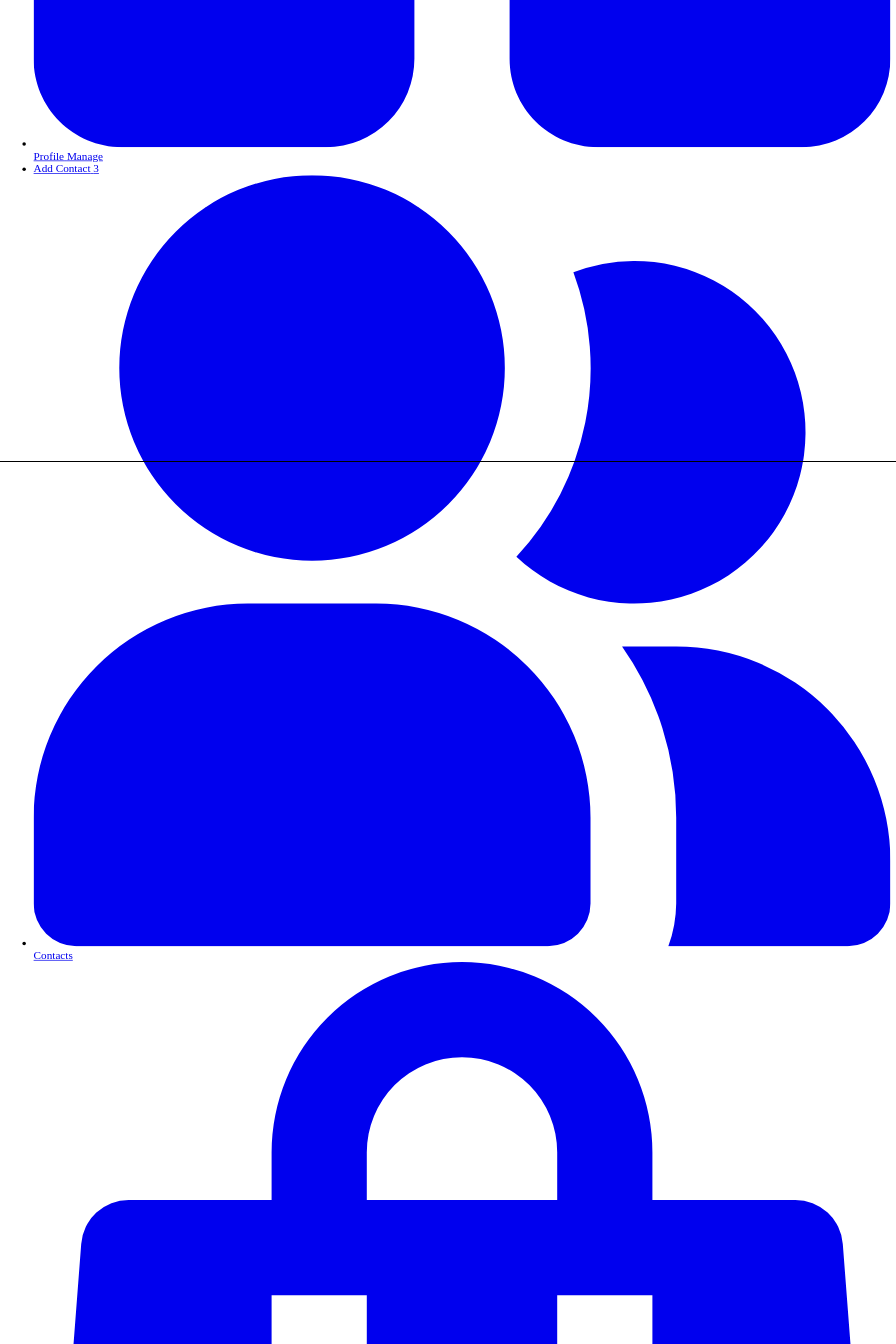
Repository: prateekscode/Smart-Contact-Manager
Page: http://localhost/user/sidebar
The author's editor kept a copy of each file at every save. The page is drawn from the files as they stood at one save, then again after the next save.
The browser window is 1280 px wide. The pictures show the part of the page from y = 2246 to 4166 px (the page is 7374 px tall before and 6268 px after), at 70% of full size.
The page is this project's Thymeleaf template; nobody is signed in. The template is opened directly, without the code that normally fills it, so the values that code supplies are empty.

Above is the page before, as saved 2024-05-23 16:57:57.

### Smart Contact Manager/src/main/resources/templates/user/sidebar.html
<aside data-th-fragment="sidebar" id="logo-sidebar" class="fixed top-0 left-0 z-40 w-64 h-screen transition-transform -translate-x-full sm:translate-x-0" aria-label="Sidebar">
   <div class="h-full pt-16 px-3 py-4 overflow-y-auto bg-gray-50 dark:bg-gray-800">
      <a class="flex items-center ps-2.5 mb-5">
         <span class="self-center text-xl font-semibold whitespace-nowrap dark:text-white">Welcome to SCM</span>
      </a>
      <ul class="space-y-2 font-medium">
         <li>
            <a data-th-href="@{/user/dashboard}" class="flex items-center p-2 text-gray-900 rounded-lg dark:text-white hover:bg-gray-100 dark:hover:bg-gray-700 group">
               <svg class="w-5 h-5 text-gray-500 transition duration-75 dark:text-gray-400 group-hover:text-gray-900 dark:group-hover:text-white" aria-hidden="true" xmlns="http://www.w3.org/2000/svg" fill="currentColor" viewBox="0 0 22 21">
                  <path d="M16.975 11H10V4.025a1 1 0 0 0-1.066-.998 8.5 8.5 0 1 0 9.039 9.039.999.999 0 0 0-1-1.066h.002Z"/>
                  <path d="M12.5 0c-.157 0-.311.01-.565.027A1 1 0 0 0 11 1.02V10h8.975a1 1 0 0 0 1-.935c.013-.188.028-.374.028-.565A8.51 8.51 0 0 0 12.5 0Z"/>
               </svg>
               <span class="ms-3">Dashboard</span>
            </a>
         </li>
         <li>
            <a data-th-href="@{/user/profile}" class="flex items-center p-2 text-gray-900 rounded-lg dark:text-white hover:bg-gray-100 dark:hover:bg-gray-700 group">
               <svg class="flex-shrink-0 w-5 h-5 text-gray-500 transition duration-75 dark:text-gray-400 group-hover:text-gray-900 dark:group-hover:text-white" aria-hidden="true" xmlns="http://www.w3.org/2000/svg" fill="currentColor" viewBox="0 0 18 18">
                  <path d="M6.143 0H1.857A1.857 1.857 0 0 0 0 1.857v4.286C0 7.169.831 8 1.857 8h4.286A1.857 1.857 0 0 0 8 6.143V1.857A1.857 1.857 0 0 0 6.143 0Zm10 0h-4.286A1.857 1.857 0 0 0 10 1.857v4.286C10 7.169 10.831 8 11.857 8h4.286A1.857 1.857 0 0 0 18 6.143V1.857A1.857 1.857 0 0 0 16.143 0Zm-10 10H1.857A1.857 1.857 0 0 0 0 11.857v4.286C0 17.169.831 18 1.857 18h4.286A1.857 1.857 0 0 0 8 16.143v-4.286A1.857 1.857 0 0 0 6.143 10Zm10 0h-4.286A1.857 1.857 0 0 0 10 11.857v4.286c0 1.026.831 1.857 1.857 1.857h4.286A1.857 1.857 0 0 0 18 16.143v-4.286A1.857 1.857 0 0 0 16.143 10Z"/>
               </svg>
               <span class="flex-1 ms-3 whitespace-nowrap">Profile</span>
               <span class="inline-flex items-center justify-center px-2 ms-3 text-sm font-medium text-gray-800 bg-green-100 rounded-full dark:bg-gray-700 dark:text-gray-300">Manage</span>
            </a>
         </li>
         <li>
            <a data-th-href="@{/user/contacts/add}" class="flex items-center p-2 text-gray-900 rounded-lg dark:text-white hover:bg-gray-100 dark:hover:bg-gray-700 group">
               <i class="fa-solid fa-plus h-5 w-5"></i>
               <span class="flex-1 ms-3 whitespace-nowrap">Add Contact</span>
               <span class="inline-flex items-center justify-center w-3 h-3 p-3 ms-3 text-sm font-medium text-blue-800 bg-blue-100 rounded-full dark:bg-blue-900 dark:text-blue-300">3</span>
            </a>
         </li>
         <li>
            <a href="#" class="flex items-center p-2 text-gray-900 rounded-lg dark:text-white hover:bg-gray-100 dark:hover:bg-gray-700 group">
               <svg class="flex-shrink-0 w-5 h-5 text-gray-500 transition duration-75 dark:text-gray-400 group-hover:text-gray-900 dark:group-hover:text-white" aria-hidden="true" xmlns="http://www.w3.org/2000/svg" fill="currentColor" viewBox="0 0 20 18">
                  <path d="M14 2a3.963 3.963 0 0 0-1.4.267 6.439 6.439 0 0 1-1.331 6.638A4 4 0 1 0 14 2Zm1 9h-1.264A6.957 6.957 0 0 1 15 15v2a2.97 2.97 0 0 1-.184 1H19a1 1 0 0 0 1-1v-1a5.006 5.006 0 0 0-5-5ZM6.5 9a4.5 4.5 0 1 0 0-9 4.5 4.5 0 0 0 0 9ZM8 10H5a5.006 5.006 0 0 0-5 5v2a1 1 0 0 0 1 1h11a1 1 0 0 0 1-1v-2a5.006 5.006 0 0 0-5-5Z"/>
               </svg>
               <span class="flex-1 ms-3 whitespace-nowrap">Contacts</span>
            </a>
         </li>
         <li>
            <a href="#" class="flex items-center p-2 text-gray-900 rounded-lg dark:text-white hover:bg-gray-100 dark:hover:bg-gray-700 group">
               <svg class="flex-shrink-0 w-5 h-5 text-gray-500 transition duration-75 dark:text-gray-400 group-hover:text-gray-900 dark:group-hover:text-white" aria-hidden="true" xmlns="http://www.w3.org/2000/svg" fill="currentColor" viewBox="0 0 18 20">
                  <path d="M17 5.923A1 1 0 0 0 16 5h-3V4a4 4 0 1 0-8 0v1H2a1 1 0 0 0-1 .923L.086 17.846A2 2 0 0 0 2.08 20h13.84a2 2 0 0 0 1.994-2.153L17 5.923ZM7 9a1 1 0 0 1-2 0V7h2v2Zm0-5a2 2 0 1 1 4 0v1H7V4Zm6 5a1 1 0 1 1-2 0V7h2v2Z"/>
               </svg>
               <span class="flex-1 ms-3 whitespace-nowrap">Products</span>
            </a>
         </li>
         <li>
            <a href="#" class="flex items-center p-2 text-gray-900 rounded-lg dark:text-white hover:bg-gray-100 dark:hover:bg-gray-700 group">
               <svg class="flex-shrink-0 w-5 h-5 text-gray-500 transition duration-75 dark:text-gray-400 group-hover:text-gray-900 dark:group-hover:text-white" aria-hidden="true" xmlns="http://www.w3.org/2000/svg" fill="none" viewBox="0 0 18 16">
                  <path stroke="currentColor" stroke-linecap="round" stroke-linejoin="round" stroke-width="2" d="M1 8h11m0 0L8 4m4 4-4 4m4-11h3a2 2 0 0 1 2 2v10a2 2 0 0 1-2 2h-3"/>
               </svg>
               <span class="flex-1 ms-3 whitespace-nowrap">Sign In</span>
            </a>
         </li>
         <li>
            <a href="#" class="flex items-center p-2 text-gray-900 rounded-lg dark:text-white hover:bg-gray-100 dark:hover:bg-gray-700 group">
               <svg class="flex-shrink-0 w-5 h-5 text-gray-500 transition duration-75 dark:text-gray-400 group-hover:text-gray-900 dark:group-hover:text-white" aria-hidden="true" xmlns="http://www.w3.org/2000/svg" fill="currentColor" viewBox="0 0 20 20">
                  <path d="M5 5V.13a2.96 2.96 0 0 0-1.293.749L.879 3.707A2.96 2.96 0 0 0 .13 5H5Z"/>
                  <path d="M6.737 11.061a2.961 2.961 0 0 1 .81-1.515l6.117-6.116A4.839 4.839 0 0 1 16 2.141V2a1.97 1.97 0 0 0-1.933-2H7v5a2 2 0 0 1-2 2H0v11a1.969 1.969 0 0 0 1.933 2h12.134A1.97 1.97 0 0 0 16 18v-3.093l-1.546 1.546c-.413.413-.94.695-1.513.81l-3.4.679a2.947 2.947 0 0 1-1.85-.227 2.96 2.96 0 0 1-1.635-3.257l.681-3.397Z"/>
                  <path d="M8.961 16a.93.93 0 0 0 .189-.019l3.4-.679a.961.961 0 0 0 .49-.263l6.118-6.117a2.884 2.884 0 0 0-4.079-4.078l-6.117 6.117a.96.96 0 0 0-.263.491l-.679 3.4A.961.961 0 0 0 8.961 16Zm7.477-9.8a.958.958 0 0 1 .68-.281.961.961 0 0 1 .682 1.644l-.315.315-1.36-1.36.313-.318Zm-5.911 5.911 4.236-4.236 1.359 1.359-4.236 4.237-1.7.339.341-1.699Z"/>
               </svg>
               <span class="flex-1 ms-3 whitespace-nowrap">Sign Up</span>
            </a>
         </li>
      </ul>
   </div>
</aside>

After the next save:
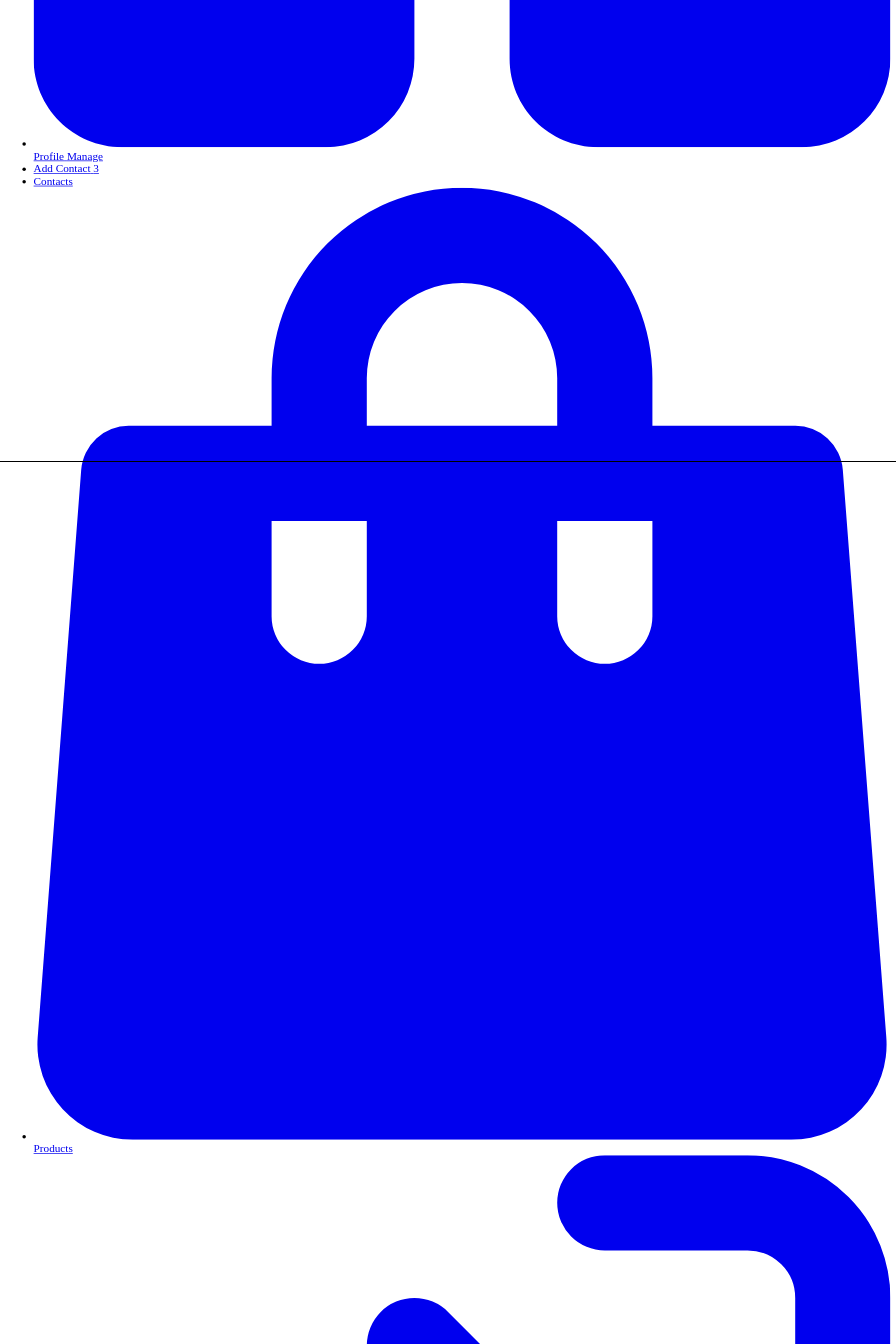
Saved 77 s later.
--- a/Smart Contact Manager/src/main/resources/templates/user/sidebar.html
+++ b/Smart Contact Manager/src/main/resources/templates/user/sidebar.html
@@ -31,9 +31,7 @@
          </li>
          <li>
             <a href="#" class="flex items-center p-2 text-gray-900 rounded-lg dark:text-white hover:bg-gray-100 dark:hover:bg-gray-700 group">
-               <svg class="flex-shrink-0 w-5 h-5 text-gray-500 transition duration-75 dark:text-gray-400 group-hover:text-gray-900 dark:group-hover:text-white" aria-hidden="true" xmlns="http://www.w3.org/2000/svg" fill="currentColor" viewBox="0 0 20 18">
-                  <path d="M14 2a3.963 3.963 0 0 0-1.4.267 6.439 6.439 0 0 1-1.331 6.638A4 4 0 1 0 14 2Zm1 9h-1.264A6.957 6.957 0 0 1 15 15v2a2.97 2.97 0 0 1-.184 1H19a1 1 0 0 0 1-1v-1a5.006 5.006 0 0 0-5-5ZM6.5 9a4.5 4.5 0 1 0 0-9 4.5 4.5 0 0 0 0 9ZM8 10H5a5.006 5.006 0 0 0-5 5v2a1 1 0 0 0 1 1h11a1 1 0 0 0 1-1v-2a5.006 5.006 0 0 0-5-5Z"/>
-               </svg>
+               <i class="fa-solid fa-address-card h-5 w-5"></i>
                <span class="flex-1 ms-3 whitespace-nowrap">Contacts</span>
             </a>
          </li>
